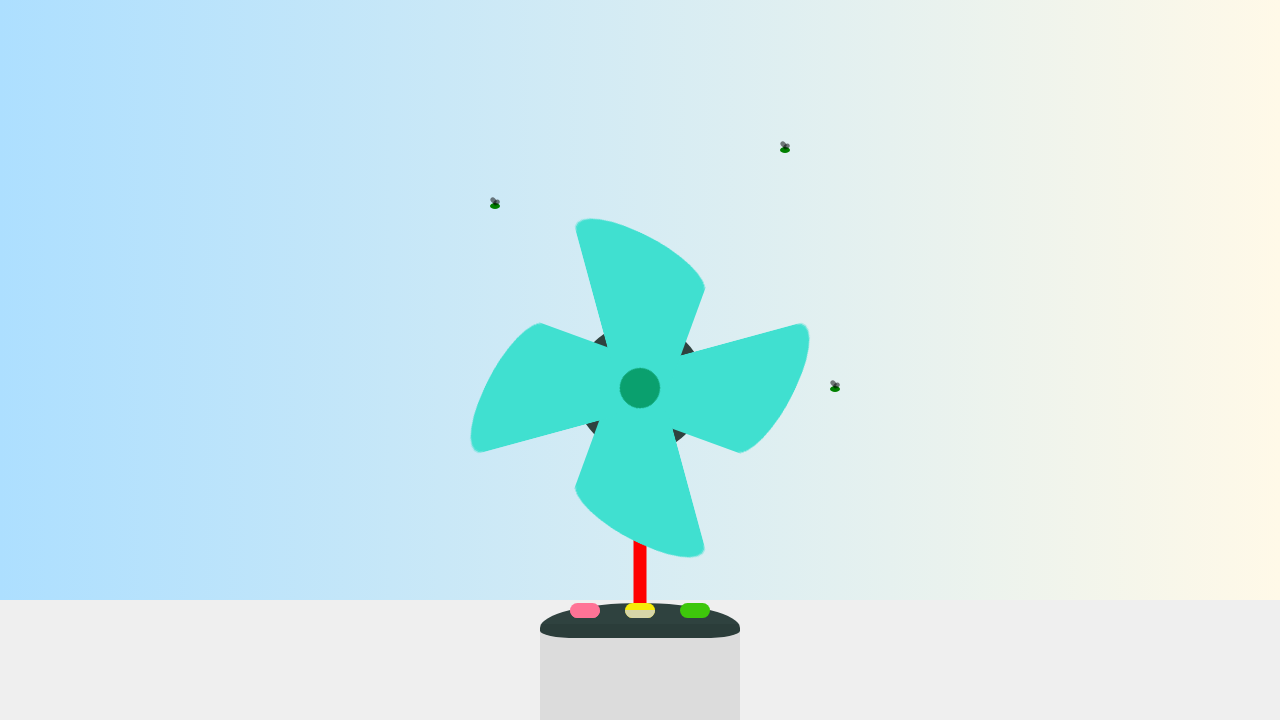
Repository: VuTuanAnh0949/CodeFan
Page: index.html
The author's editor kept a copy of each file at every save. The page is drawn from the files as they stood at one save, then again after the next save.
The browser window is 1280 px wide. The pictures show the whole page.

Above is the page before, as saved 2022-06-22 11:59:24.

### index.html
<!DOCTYPE html>
<html lang="en">
<head>
    <meta charset="UTF-8">
    <meta http-equiv="X-UA-Compatible" content="IE=edge">
    <meta name="viewport" content="width=device-width, initial-scale=1.0">
    <title>Document</title>
    <link rel="stylesheet" href="style.css">
</head>
<body>
    <div class="windows">
        <div class="window"></div>

    </div>
    <div class="fan">
        <div class="fan__root"> <span class="top"> <label class="green" for="engine"></label> <label class="yellow"
                    for="engine2"></label> <label class="pink" for="jack"></label> </span> <span class="bottom"></span>
        </div>
        <div class="fan__staddle"></div> <input type="checkbox" id="jack" hidden />
        <div class="head">
            <div class="fan__engine"> <span class="center"></span> </div> <input type="checkbox" id="engine" hidden
                checked />
            <div> <span class="fly"></span> <span class="fly"></span> <span class="fly"></span>
                <div class="fan__blades"> <input type="checkbox" id="engine2" hidden checked />
                    <div class="fan__blades">
                        <div class="center"></div>
                        <div class="blade"><span></span></div>
                        <div class="blade"><span></span></div>
                        <div class="blade"><span></span></div>
                        <div class="blade"><span></span></div>
                    </div>
                </div>
            </div>
        </div>
    </div>

</body>
</html>

### style.css
html {
    overflow: hidden;
}

body {
    overflow: hidden;
    margin: 0;
    padding: 0;
    background: linear-gradient(90deg, #addfff, #fff9e8);
    display: flex;
    justify-content: center;
    align-items: center;
    width: 100vw;
    height: 100vh;
    position: relative;
}

body::after {
    position: absolute;
    width: 100%;
    content: "";
    height: calc(100% - 600px);
    z-index: 0;
    background: #efefef;
    bottom: 0;
}

@keyframes spin {
    from {
        transform: rotate(0deg);
    }

    to {
        transform: rotate(360deg);
    }
}

@keyframes off {
    to {
        transform: rotate(380deg);
    }
}

@keyframes off2 {
    to {
        transform: rotate(880deg);
    }
}

@keyframes fly {
    to {
        margin-top: 50px;
    }
}

span {
    display: block;
}

.windows {
    width: 100vw;
    height: 100vh;
    position: absolute;
    z-index: 0;
    top: 0;
    left: 0;
    display: flex;
    align-content: flex-start;
}


.fly {
    transition: 0.5s all cubic-bezier(0.04, 0.06, 0, 1.18), 1s transform;
    width: 10px;
    height: 6px;
    background: green;
    border-radius: 50%;
    position: absolute;
    animation: fly 5s alternate infinite ease-in-out;
}

.fly:nth-of-type(1) {
    top: -78px;
    left: -200px;
}

.fly:nth-of-type(2) {
    transform: translateY(-10px);
    animation-delay: 4s;
    top: 5px;
    right: -250px;
}

.fly:nth-of-type(3) {
    transform: translateY(0px);
    top: 400px;
    animation-delay: 2s;
    right: -400px;
}

.fly::after,
.fly::before {
    content: "";
    position: absolute;
    width: 7px;
    height: 5px;
    background-color: rgba(0, 0, 0, 0.5);
    display: block;
    border-radius: 50%;
}

.fly::before {
    bottom: 4px;
    transform: rotate(325deg);
    left: 3px;
}

.fly::after {
    transform: rotate(45deg);
    bottom: 6px;
}

.fan {
    width: 500px;
    height: 500px;
    position: relative;
    z-index: 1;
    margin-top: 75px;
    perspective: 500px;
}

.fan::after {
    content: "";
    display: block;
    position: absolute;
    height: 500px;
    width: 200px;
    background: rgba(0, 0, 0, 0.08);
    top: calc(100% - 24px);
    left: calc(50% - 100px);

}

.fan__root {
    width: 200px;
    position: absolute;
    bottom: 0;
    left: 50%;
    transform: translateX(-50%);
}

.fan__root .top {
    overflow: hidden;
    width: 200px;
    height: 25px;
    position: relative;
}

.fan__root .top::after {
    content: "";
    display: block;
    width: 200px;
    height: 50px;
    background: #2f423f;
    border-radius: 50%;
}

.fan__root .top .green {
    position: absolute;
    width: 30px;
    height: 15px;
    border-radius: 15px;
    display: block;
    right: 30px;
    background: #3EC70B;
    cursor: pointer;
    overflow: hidden;
}

.fan__root .top .yellow {
    position: absolute;
    width: 30px;
    height: 15px;
    border-radius: 15px;
    display: block;
    right: 85px;
    background: #F7EC09;
    cursor: pointer;
    overflow: hidden;
}

.fan__root .top .yellow::after {
    content: "";
    display: block;
    width: 100%;
    height: 50%;
    position: absolute;
    bottom: 0;
    background: #F7EC09;
}

.fan__root .top .yellow::after {
    content: "";
    display: block;
    width: 100%;
    height: 50%;
    position: #F7EC09;
    bottom: 0;
    background: #D6D5A8;
}

.fan__root .top .pink {
    position: absolute;
    cursor: pointer;
    width: 30px;
    height: 15px;
    border-radius: 15px;
    display: block;
    left: 30px;
    background: #FF7396;
    overflow: hidden;
}

.fan__root .top .pink::after {
    content: "";
    display: block;
    width: 100%;
    height: 50%;
    position: absolute;
    bottom: 0;
    background: #FF7396;
}

.fan__root .bottom {
    overflow: hidden;
    width: 500px;
    height: 20px;
}

.fan__root .bottom::after {
    content: "";
    display: block;
    width: 200px;
    height: 40px;
    background: #2f423f;
    border-radius: 18%;
    transform: translateY(-30px);
}

.fan__staddle {
    position: absolute;
    bottom: 45px;
    background: red;
    height: 270px;
    width: 13px;
    left: 50%;
    transform: translateX(-50%);
}

.fan__engine {
    position: absolute;
    bottom: 0px;
    width: 130px;
    height: 130px;
    background: #2f423f;
    border-radius: 50%;
    left: 50%;
    transform: translateX(-50%);
}

.fan__engine::after {
    content: "";
    background: #2f423f;
    display: block;
    width: 25px;
    height: 50px;
    position: absolute;
    top: 105px;
    left: 50%;
    transform: translateX(-50%);
    border-radius: 0 0 5px 5px;
}

.fan__blades {
    width: 230px;
    height: 230px;
    position: absolute;
    bottom: -50px;
    transition: 2s;
    transform-origin: center center;
    left: calc(50% - 115px);
    z-index: 1;
    animation: spin infinite 0.38s linear forwards;
}

.fan__blades .fan__blades {
    bottom: 0;
    animation: spin infinite 0.5s linear forwards;
}

.fan__blades .blade {
    position: absolute;
    width: 80px;
    height: 100%;
    left: 50%;
    transform: translateX(-50%) skewY(25deg);
    perspective: 500px;
    transform-style: preserve-3d;
}

.fan__blades .blade:nth-child(2) {
    transform: translateX(-50%) rotate(90deg) skewY(25deg);
}

.fan__blades .blade:nth-child(3) {
    transform: translateX(-50%) rotate(180deg) skewY(25deg);
}

.fan__blades .blade:nth-child(4) {
    transform: translateX(-50%) rotate(270deg) skewY(25deg);
}

.fan__blades .blade span {
    width: 100%;
    height: 200%;
    border-radius: 44px;
    background: turquoise;
    position: absolute;
    top: -66px;
    display: block;
    transform-style: preserve-3d;
    transform: rotateX(81deg);
    overflow: hidden;
}

.fan__blades .blade span::after {
    width: 50%;
    height: 100%;
    content: "";
    display: block;
    background: turquoise;
    transform: rotate(0deg);
}

.fan__blades .center {
    position: absolute;
    overflow: hidden;
    width: 40px;
    height: 40px;
    border-radius: 50%;
    left: 50%;
    top: 50%;
    transform: translate(-50%, -50%) rotate(45deg);
    background: #0aa06e;
    z-index: 2;
}

.fan__blades .center::after {
    display: block;
    content: "";
    width: 40px;
    height: 20px;
    background: #0aa06e;
}

.head {
    transition: 1s transform;
    height: auto;
    width: auto;
    position: absolute;
    width: 300px;
    height: 300px;
    bottom: 195px;
    left: calc(50% - 150px);
    /* transform: translateX(-50%); */
}

#engine:checked+div>div {
    animation: off2 1s ease-out forwards;
}

#engine:checked+div>span:nth-child(1) {
    transition: 5s all ease-in-out, 1s transform;
    left: 0px;
    top: 0px;
}

#engine:checked+div>span:nth-child(2) {
    transition: 5s all ease-in-out, 1s transform;
    right: 0px;
    top: 0px;
}

#engine:checked+div>span:nth-child(3) {
    transition: 7s all ease-in-out, 1s transform;
    right: -50px;
    top: 200px;
}

#engine2:checked+div {
    animation: off 1s ease-out forwards;
}

#jack:checked+div {
    transform: translateY(-115px);
}

#jack:checked+div>div:nth-child(3)>span {
    transform: translateY(115px);
}

After the next save:
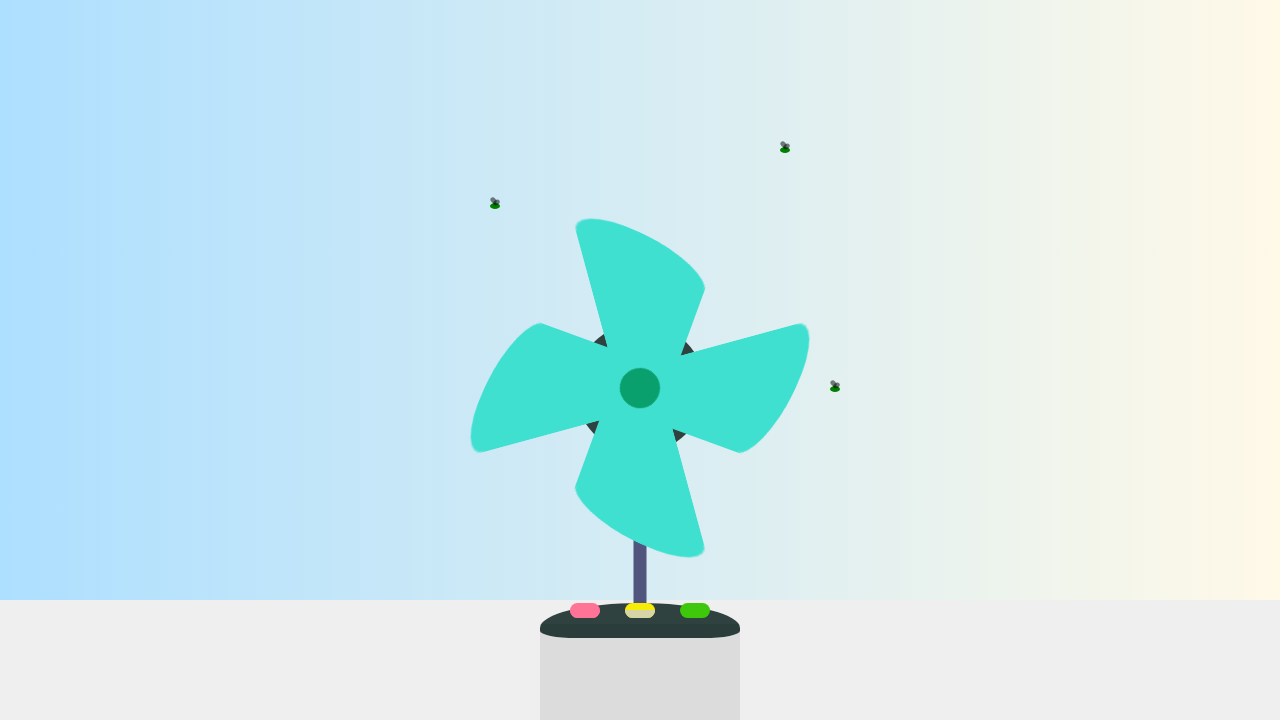
Saved 13 s later.
--- a/style.css
+++ b/style.css
@@ -250,7 +250,7 @@ span {
 .fan__staddle {
     position: absolute;
     bottom: 45px;
-    background: red;
+    background: #51557E;
     height: 270px;
     width: 13px;
     left: 50%;
